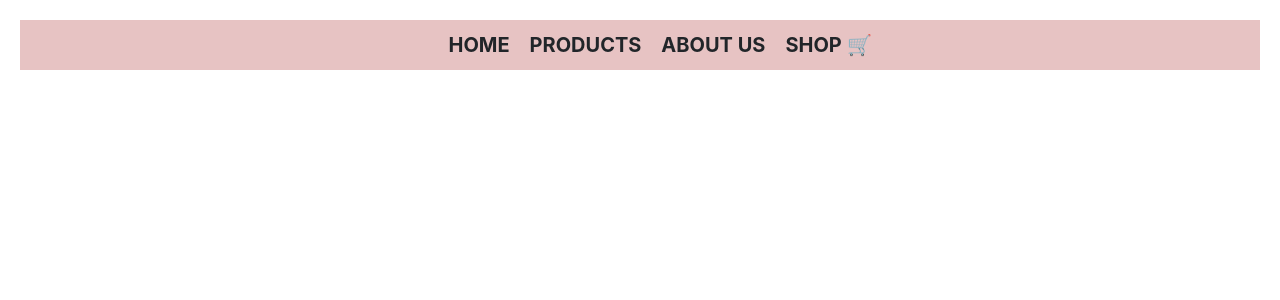
Repository: thf4/Project-Shop
Page: /
The author's editor kept a copy of each file at every save. The page is drawn from the files as they stood at one save, then again after the next save.
The browser window is 1280 px wide. The pictures show the whole page.
The project was rebuilt for these pictures with package versions that can differ from the ones it lists, and the page was loaded fresh each time.

Above is the page before, as saved 2021-04-22 11:27:37.

After the next save:
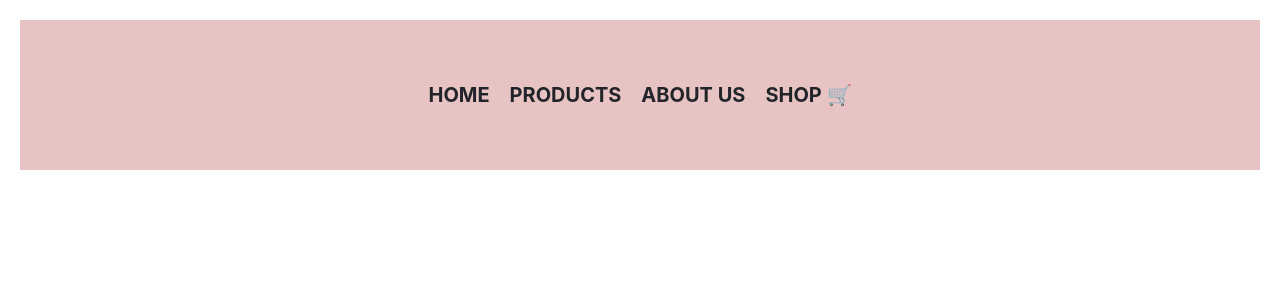
Saved 12 s later.
--- a/src/App.css
+++ b/src/App.css
@@ -10,7 +10,7 @@
 
   font-weight: bold;
   text-align: center;
-
+  padding: 50px 50px;
 }
 li{
  display: inline-block;
